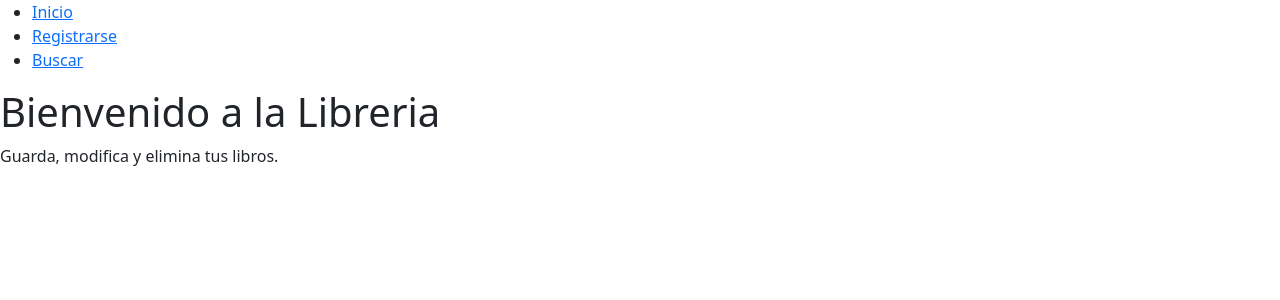
Repository: frnalonso/libreria
Page: src/main/resources/templates/index.html
The author's editor kept a copy of each file at every save. The page is drawn from the files as they stood at one save, then again after the next save.
The browser window is 1280 px wide. The pictures show the whole page.

Above is the page before, as saved 2021-11-05 05:46:19.

### src/main/resources/templates/index.html

<!doctype html>
<html lang="en">
  <head>
    <!-- Required meta tags -->
    <meta charset="utf-8">
    <meta name="viewport" content="width=device-width, initial-scale=1">

    <!-- Bootstrap CSS -->
    <link href="https://cdn.jsdelivr.net/npm/bootstrap@5.1.3/dist/css/bootstrap.min.css" rel="stylesheet" integrity="sha384-1BmE4kWBq78iYhFldvKuhfTAU6auU8tT94WrHftjDbrCEXSU1oBoqyl2QvZ6jIW3" crossorigin="anonymous">

    <title>Hello, world!</title>
  </head>
  <body>
    <nav>
        <ul>
            <li><a href="/">Inicio</a></li>
            <li><a href="/registro">Registrarse</a></li>
            <li><a href="/buscar">Buscar</a></li>
        </ul>
    </nav>
    <h1>Bienvenido a la Libreria</h1>
    <p>Guarda, modifica y elimina tus libros.</p>
    <!-- Optional JavaScript; choose one of the two! -->

    <!-- Option 1: Bootstrap Bundle with Popper -->
    <script src="https://cdn.jsdelivr.net/npm/bootstrap@5.1.3/dist/js/bootstrap.bundle.min.js" integrity="sha384-ka7Sk0Gln4gmtz2MlQnikT1wXgYsOg+OMhuP+IlRH9sENBO0LRn5q+8nbTov4+1p" crossorigin="anonymous"></script>

    <!-- Option 2: Separate Popper and Bootstrap JS -->
    <!--
    <script src="https://cdn.jsdelivr.net/npm/@popperjs/core@2.10.2/dist/umd/popper.min.js" integrity="sha384-7+zCNj/IqJ95wo16oMtfsKbZ9ccEh31eOz1HGyDuCQ6wgnyJNSYdrPa03rtR1zdB" crossorigin="anonymous"></script>
    <script src="https://cdn.jsdelivr.net/npm/bootstrap@5.1.3/dist/js/bootstrap.min.js" integrity="sha384-QJHtvGhmr9XOIpI6YVutG+2QOK9T+ZnN4kzFN1RtK3zEFEIsxhlmWl5/YESvpZ13" crossorigin="anonymous"></script>
    -->
  </body>
</html>

After the next save:
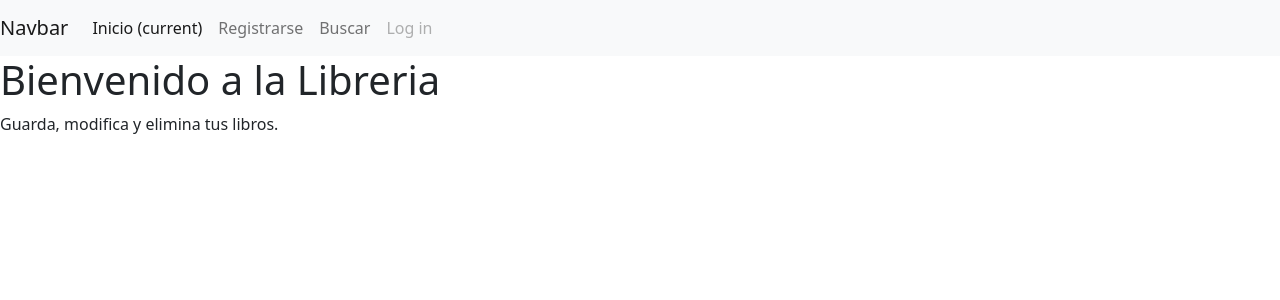
Saved 92 s later.
--- a/src/main/resources/templates/index.html
+++ b/src/main/resources/templates/index.html
@@ -12,13 +12,20 @@
     <title>Hello, world!</title>
   </head>
   <body>
-    <nav>
-        <ul>
-            <li><a href="/">Inicio</a></li>
-            <li><a href="/registro">Registrarse</a></li>
-            <li><a href="/buscar">Buscar</a></li>
-        </ul>
-    </nav>
+    <nav class="navbar navbar-expand-lg navbar-light bg-light">
+        <a class="navbar-brand" href="#">Navbar</a>
+        <button class="navbar-toggler" type="button" data-toggle="collapse" data-target="#navbarNavAltMarkup" aria-controls="navbarNavAltMarkup" aria-expanded="false" aria-label="Toggle navigation">
+          <span class="navbar-toggler-icon"></span>
+        </button>
+        <div class="collapse navbar-collapse" id="navbarNavAltMarkup">
+          <div class="navbar-nav">
+            <a class="nav-item nav-link active" href="/">Inicio <span class="sr-only">(current)</span></a>
+            <a class="nav-item nav-link" href="/registro">Registrarse</a>
+            <a class="nav-item nav-link" href="/buscar">Buscar</a>
+            <a class="nav-item nav-link disabled" href="Log in">Log in</a>
+          </div>
+        </div>
+      </nav>
     <h1>Bienvenido a la Libreria</h1>
     <p>Guarda, modifica y elimina tus libros.</p>
     <!-- Optional JavaScript; choose one of the two! -->
